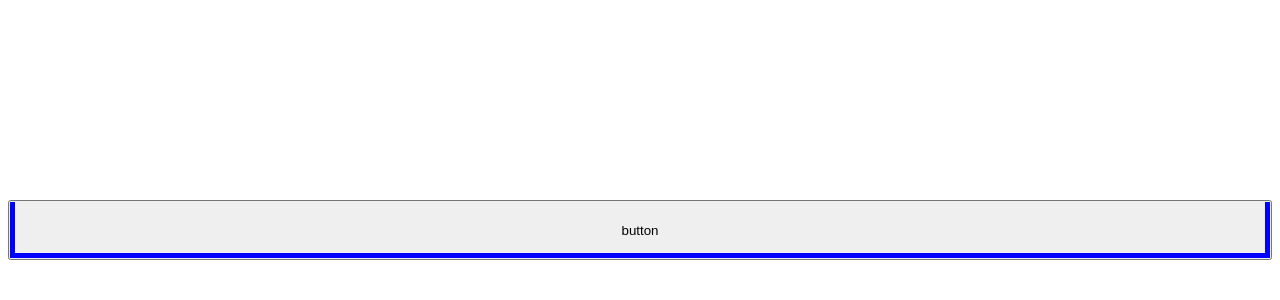
Repository: tung1233hhhhhhhhhhhhh/login-demo
Page: test.html
The author's editor kept a copy of each file at every save. The page is drawn from the files as they stood at one save, then again after the next save.
The browser window is 1280 px wide. The pictures show the whole page.
The pointer rests on the first visible `button`.

Above is the page before, as saved 2023-02-14 17:37:14.

### test.html
<!DOCTYPE html>
<html lang="en">

<head>
    <meta charset="UTF-8">
    <meta http-equiv="X-UA-Compatible" content="IE=edge">
    <meta name="viewport" content="width=device-width, initial-scale=1.0">
    <title>Document</title>
</head>
<link rel="stylesheet" href="./test.css">


<body>
    <div class="box">
        <button class="">
            button
            <span></span>
            <span></span>
            <span></span>
            <span></span>
        </button>
    </div>
</body>

</html>

### test.css
button {
    width: 150px;
    height: 60px;
    margin: 0 auto;
    display: block;
    margin-top: 200px;
    position: relative;
    outline: none;
}



button span:nth-child(1) {
    position: absolute;
    top: 0;
    left: 0;
    width: 0;
    height: 5px;
    transition: width .5s ease;
    background-color: blue;
}

button span:nth-child(2) {
    position: absolute;
    top: 0;
    right: 0;
    width: 5px;
    height: 100%;
    transition: height .5s ease;
    background-color: blue;
}

button span:nth-child(3) {
    position: absolute;
    bottom: 0;
    right: 0;
    width: 100%;
    height: 5px;
    transition: width .5s ease;
    background-color: blue;
}

button span:nth-child(4) {
    position: absolute;
    bottom: 0;
    left: 0;
    width: 5px;
    height: 100%;
    transition: height .5s ease;
    background-color: blue;
}

button:hover:nth-child(1) {
    width: 100%;

}

After the next save:
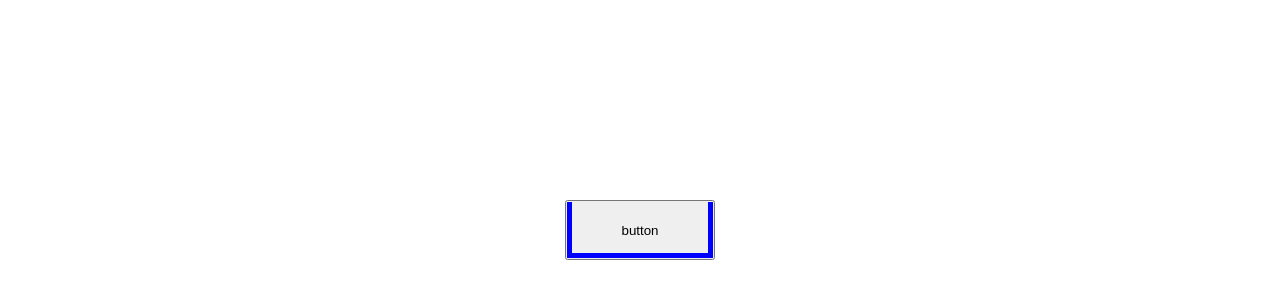
Saved 24 s later.
--- a/test.css
+++ b/test.css
@@ -50,7 +50,7 @@
     background-color: blue;
 }
 
-button:hover:nth-child(1) {
+button:hover:nth-child:active {
     width: 100%;
 
 }

After the 2 saves that followed:
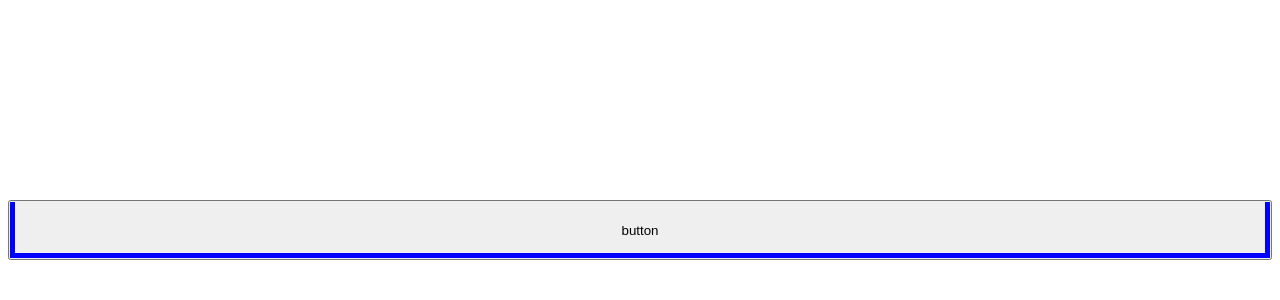
The 2 saves are shown as one change because 1 left the picture as it was.
The last was saved 2 min 24 s later.
--- a/test.css
+++ b/test.css
@@ -50,7 +50,7 @@
     background-color: blue;
 }
 
-button:hover:nth-child:active {
+button:hover:nth-child(1) {
     width: 100%;
 
 }
